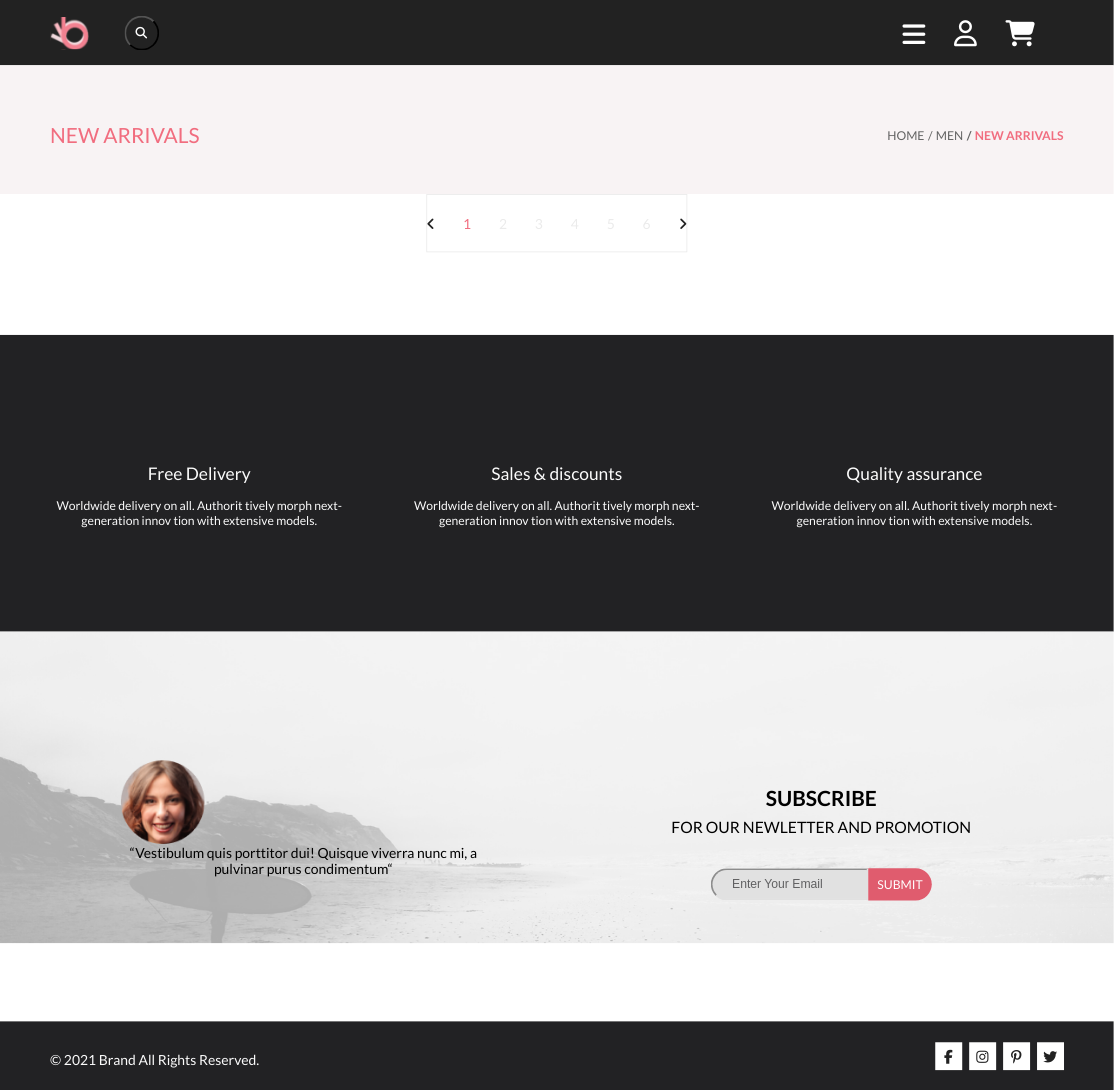
Repository: shtepaa/work-show-linkid
Page: les01/catalog.html
These files come from the project's save history. The page is drawn as it stood at one moment and after the next save; the edit follows.
The browser window is 1280 px wide. The pictures show the whole page, at 87% of full size.
Some web libraries are served in a nearby version. The style sheet was rebuilt from its Sass, Less or Tailwind sources for each picture, by a compiler version that may differ from the author's.

Above is the page before, as saved 2022-02-26 11:20:25.

After the next save:
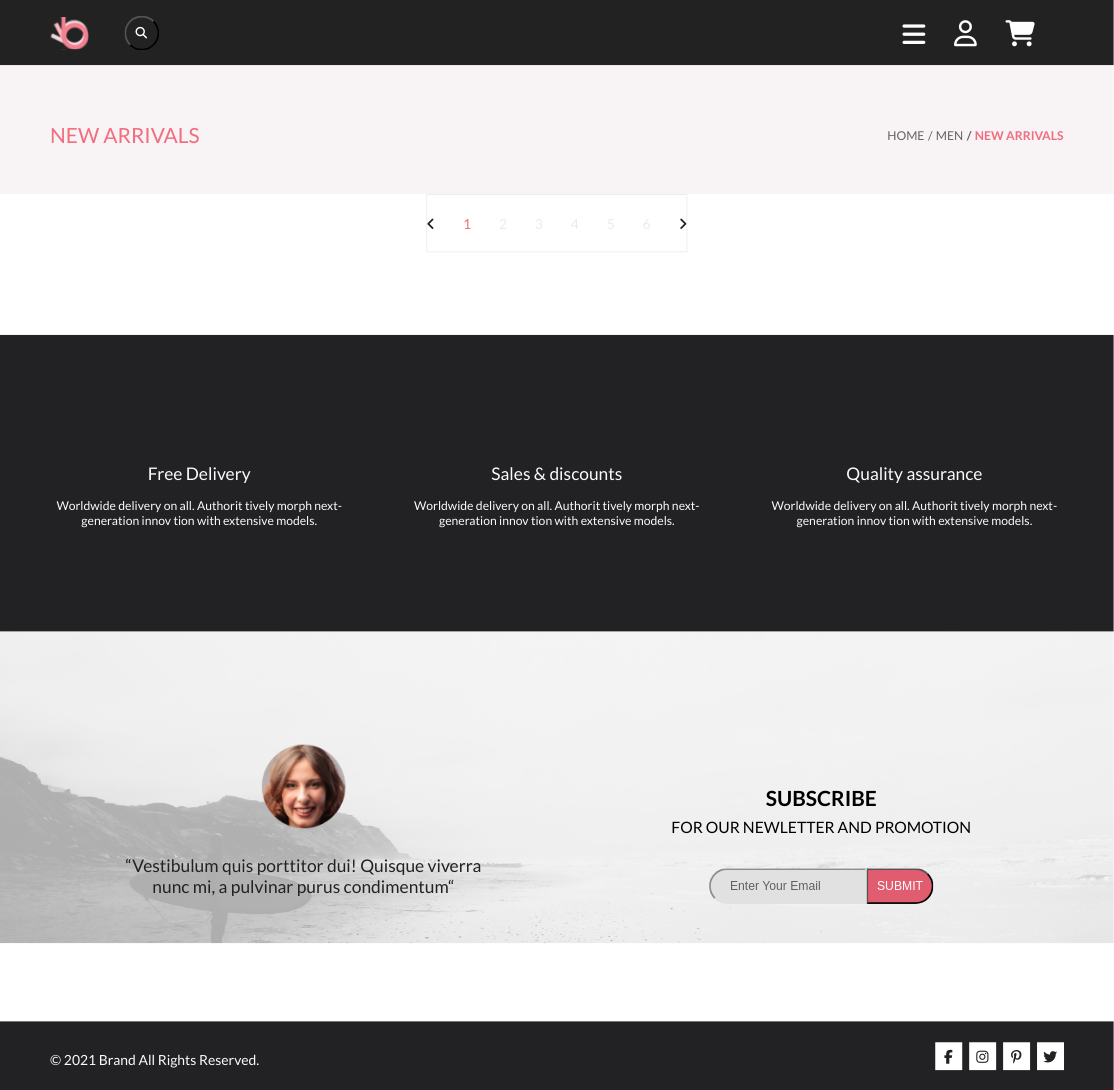
Saved 31 s later.
--- a/les01/catalog.html
+++ b/les01/catalog.html
@@ -382,26 +382,27 @@
       <div class="container">
         <div class="wrap-quotes">
           <div class="figure-box">
-            <figure>
-              <img class="figure-image" src="img/author.png" alt="author"/>
-              <figcaption>
-                “Vestibulum quis porttitor dui! Quisque viverra nunc mi, a
-                pulvinar purus condimentum“
-              </figcaption>
-            </figure>
+            <div class="figure-image ">
+              <img src="img/author.png" alt="lady">
+            </div>
+            <div class="figure-text">
+              <p class="figcaption">
+                “Vestibulum quis porttitor dui! Quisque viverra nunc mi, a pulvinar purus condimentum“
+              </p>
+            </div>
           </div>
           <div class="figure-box enter-mail">
             <h1 class="subscribe">SUBSCRIBE</h1>
             <h2 class="promotion">FOR OUR NEWLETTER AND PROMOTION</h2>
-            <div class="subscribe-wrapper">
+            <form class="subscribe-wrapper">
               <input
                 type="email"
                 name="email"
                 class="subscribe-input"
                 placeholder="Enter Your Email"
               />
-              <div class="submit-btn">SUBMIT</div>
-            </div>
+              <button class="submit-btn">SUBMIT</button>
+            </form>
           </div>
         </div>
       </div>
